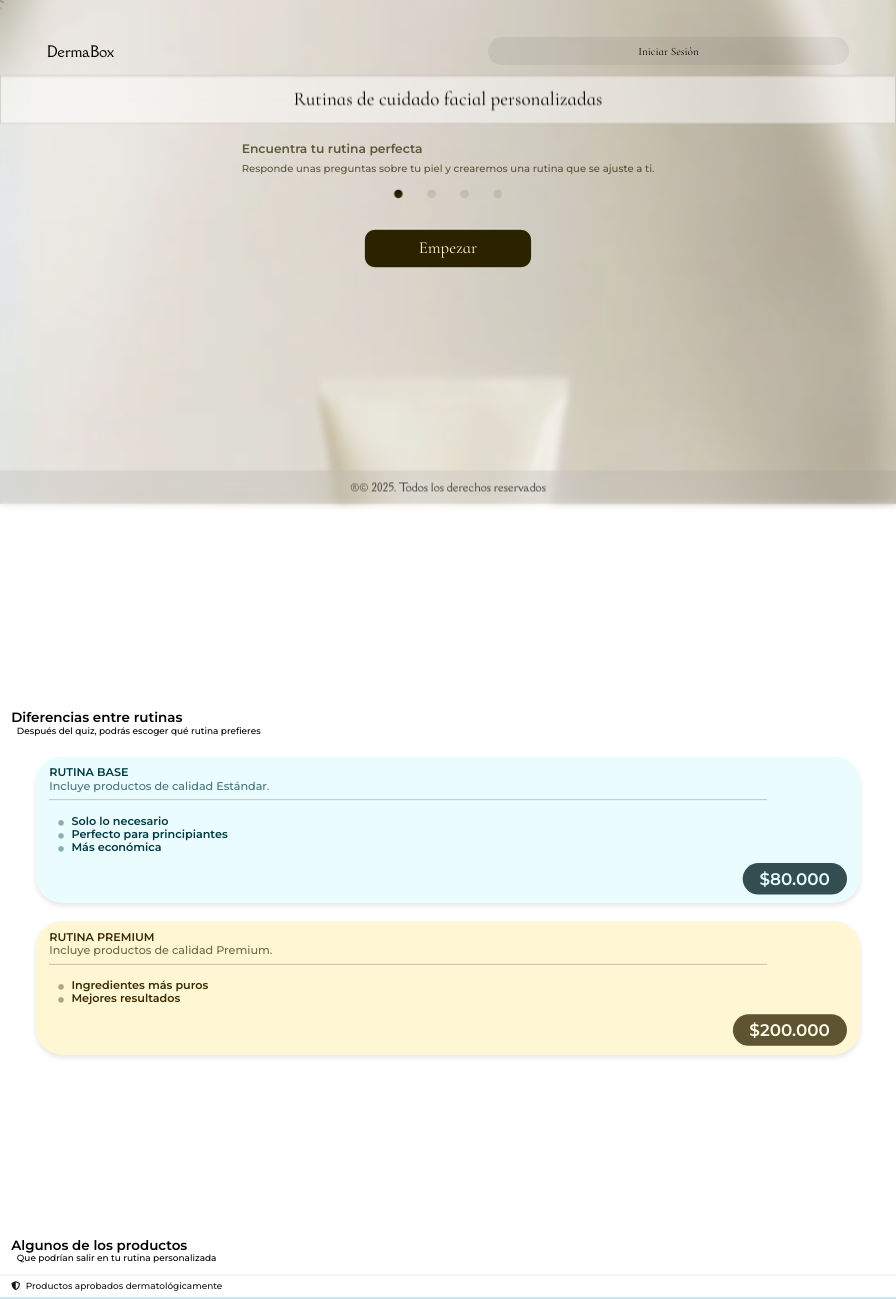
Repository: aCoupon0/DermaBox-2
Page: index.html
The author's editor kept a copy of each file at every save. The page is drawn from the files as they stood at one save, then again after the next save.
The browser window is 1280 px wide. The pictures show the part of the page from y = 0 to 1855 px (the page is 2715 px tall before and 2696 px after), at 70% of full size.
A picture or video elsewhere on the page could not be fetched, so the positions and the page height are approximate.

Above is the page before, as saved 2025-03-25 21:49:43.

### index.html
<html lang="en">

<head>
    <meta charset="UTF-8">
    <meta name="viewport" content="width=device-width, initial-scale=1.0">
    <title>DermaBox | Creador de Rutinas Skincare Personalizadas</title>
    <link rel="stylesheet" href="css/index.css">
    <link rel="stylesheet" href="https://cdnjs.cloudflare.com/ajax/libs/font-awesome/6.4.0/css/all.min.css">
</head>

<body>
    <div class="overlay"></div>
    <header>
        <p class="logo">DermaBox</p>
        <button class="log-in">Iniciar Sesión</button>
    </header>

    <section class="hero">
        <p>Rutinas de cuidado facial personalizadas</p>
    </section>

    <section class="carrusel">
        <div class="carruselContent" id="carruselContent">
            <div class="carruselTitle">
                <p></p>
            </div>
            <div class="carruselDescription">
                <p></p>
            </div>
        </div>
        <div class="carruselSteps">
            <div class="step" id="0"></div>
            <div class="step" id="1"></div>
            <div class="step" id="2"></div>
            <div class="step" id="3"></div>
        </div>
    </section>

    <button class="quizOpener" id="quizOpener">Empezar</button>


    <div class="productCarruselTitle">
        <p>Diferencias entre rutinas</p>
        <p>Después del quiz, podrás escoger qué rutina prefieres</p>
    </div>

    <div class="routineCard base">
        <p class="routineCardTitle">RUTINA BASE</p>
        <p class="routineCardDescription">Incluye productos de calidad Estándar.</p>
        <div class="separador"></div>
        <div class="routineAdvantageContainer">
            <p class="routineAdvantage"><i class="fa-solid fa-circle"></i> Solo lo necesario</p>
            <p class="routineAdvantage"><i class="fa-solid fa-circle"></i> Perfecto para principiantes</p>
            <p class="routineAdvantage"><i class="fa-solid fa-circle"></i> Más económica</p>
        </div>
        <div class="priceZoneContainer">
            <div class="priceZone basePrice">
                $80.000
            </div>
        </div>
    </div>

    <div class="routineCard premium">
        <p class="routineCardTitle">RUTINA PREMIUM</p>
        <p class="routineCardDescription">Incluye productos de calidad Premium.</p>
        <div class="separador"></div>
        <div class="routineAdvantageContainer">
            <p class="routineAdvantage"><i class="fa-solid fa-circle"></i> Ingredientes más puros</p>
            <p class="routineAdvantage"><i class="fa-solid fa-circle"></i> Mejores resultados</p>
        </div>
        <div class="priceZoneContainer">
            <div class="priceZone premiumPrice">
                $200.000
            </div>
        </div>

    </div>







    <div class="productCarruselTitle second">
        <p>Algunos de los productos</p>
        <p>Que podrían salir en tu rutina personalizada</p>
    </div>

    <div class="disclaimer"><i class="fa-solid fa-shield-halved"></i> Productos aprobados dermatológicamente</div>

    <div class="routineTypeBase">EN LAS RUTINAS BASE</div>

    <div class="productCarrusel" id="base">
        <div class="productCard first">
            <div class="productCardImg">
                <img src="assets/products/4.webp" alt="">
            </div>
            <div class="productCardDescription">
                <p>Limpiador Hidratante de CeraVe</p>
                <p>465ml</p>
            </div>
            <div class="productCardLegend">
                <p>Serúm anti-ácne con 2% de ácido salícilico.</p>
            </div>

        </div>


        <div class="productCard">
            <div class="productCardImg">
                <img src="assets/products/3.webp" alt="">
            </div>
            <div class="productCardDescription">
                <p>Sérum de Vitamina C de CeraVe</p>
                <p>65ml</p>
            </div>
            <div class="productCardLegend">
                <p>Serúm anti-ácne con 2% de ácido salícilico.</p>
            </div>
        </div>


        <div class="productCard">
            <div class="productCardImg">
                <img src="assets/products/2.webp" alt="">
            </div>
            <div class="productCardDescription">
                <p>Limpiador SA Smoothing de CeraVe</p>
                <p>465ml</p>
            </div>
            <div class="productCardLegend">
                <p>Serúm anti-ácne con 2% de ácido salícilico.</p>
            </div>
        </div>


        <div class="productCard">
            <div class="productCardImg">
                <img src="assets/products/3.webp" alt="">
            </div>
            <div class="productCardDescription">
                <p>Limpiador Hidratante de CeraVe</p>
                <p>465ml</p>
            </div>
            <div class="productCardLegend">
                <p>Serúm anti-ácne con 2% de ácido salícilico.</p>
            </div>
        </div>


        <div class="productCard last">
            <div class="productCardImg">
                <img src="assets/products/4.webp" alt="">
            </div>
            <div class="productCardDescription">
                <p>Limpiador Hidratante de CeraVe</p>
                <p>465ml</p>
            </div>
            <div class="productCardLegend">
                <p>Serúm anti-ácne con 2% de ácido salícilico.</p>
            </div>
        </div>
    </div>

    <div class="routineTypePremium">EN LAS RUTINAS PREMIUM</div>

    <div class="productCarrusel" id="premium">
        <div class="productCard first">
            <div class="productCardImg">
                <img src="assets/products/0.webp" alt="">
            </div>
            <div class="productCardDescription">
                <p>Limpiador Hidratante de CeraVe</p>
                <p>465ml</p>
            </div>
            <div class="productCardLegend">
                <p>Serúm anti-ácne con 2% de ácido salícilico.</p>
            </div>
        </div>


        <div class="productCard">
            <div class="productCardImg">
                <img src="assets/products/1.webp" alt="">
            </div>
            <div class="productCardDescription">
                <p>Sérum de Vitamina C de CeraVe</p>
                <p>65ml</p>
            </div>
            <div class="productCardLegend">
                <p>Serúm anti-ácne con 2% de ácido salícilico.</p>
            </div>
        </div>


        <div class="productCard">
            <div class="productCardImg">
                <img src="assets/products/2.webp" alt="">
            </div>
            <div class="productCardDescription">
                <p>Limpiador SA Smoothing de CeraVe</p>
                <p>465ml</p>
            </div>
            <div class="productCardLegend">
                <p>Serúm anti-ácne con 2% de ácido salícilico.</p>
            </div>
        </div>


        <div class="productCard">
            <div class="productCardImg">
                <img src="assets/products/3.webp" alt="">
            </div>
            <div class="productCardDescription">
                <p>Limpiador Hidratante de CeraVe</p>
                <p>465ml</p>
            </div>
            <div class="productCardLegend">
                <p>Serúm anti-ácne con 2% de ácido salícilico.</p>
            </div>
        </div>


        <div class="productCard last">
            <div class="productCardImg">
                <img src="assets/products/4.webp" alt="">
            </div>
            <div class="productCardDescription">
                <p>Limpiador Hidratante de CeraVe</p>
                <p>465ml</p>
            </div>
            <div class="productCardLegend">
                <p>Serúm anti-ácne con 2% de ácido salícilico.</p>
            </div>
        </div>
    </div>









    <div class="quizModal" id="quizModal">
        <div class="quizHeader">
            <button class="quizCloser" id="quizCloser">
                <i class="fa-solid fa-chevron-left"></i>
            </button>
            <p>Cuestionario</p>
        </div>

        <div class="quizContent" id="quizContent">

        </div>

        <div class="nextButtonContainer">
            <div class="progressBar">
                <p>Pregunta 1 de 5</p>
            </div>
            <button class="nextButton" id="nextButton">Siguiente</button>
        </div>
    </div>

    <footer>
        <p>®© 2025. Todos los derechos reservados</p>
    </footer>
    <script src="js/data-description.js"></script>
    <script src="js/data.js"></script>
    <script defer src="js/index.js"></script>
</body>

</html>

Loaded but not shown: js/index.js (680 lines, source omitted); js/data-description.js (57 lines, source omitted); js/data.js (84 lines, source omitted); css/index.css (921 lines, source omitted)

After the next save:
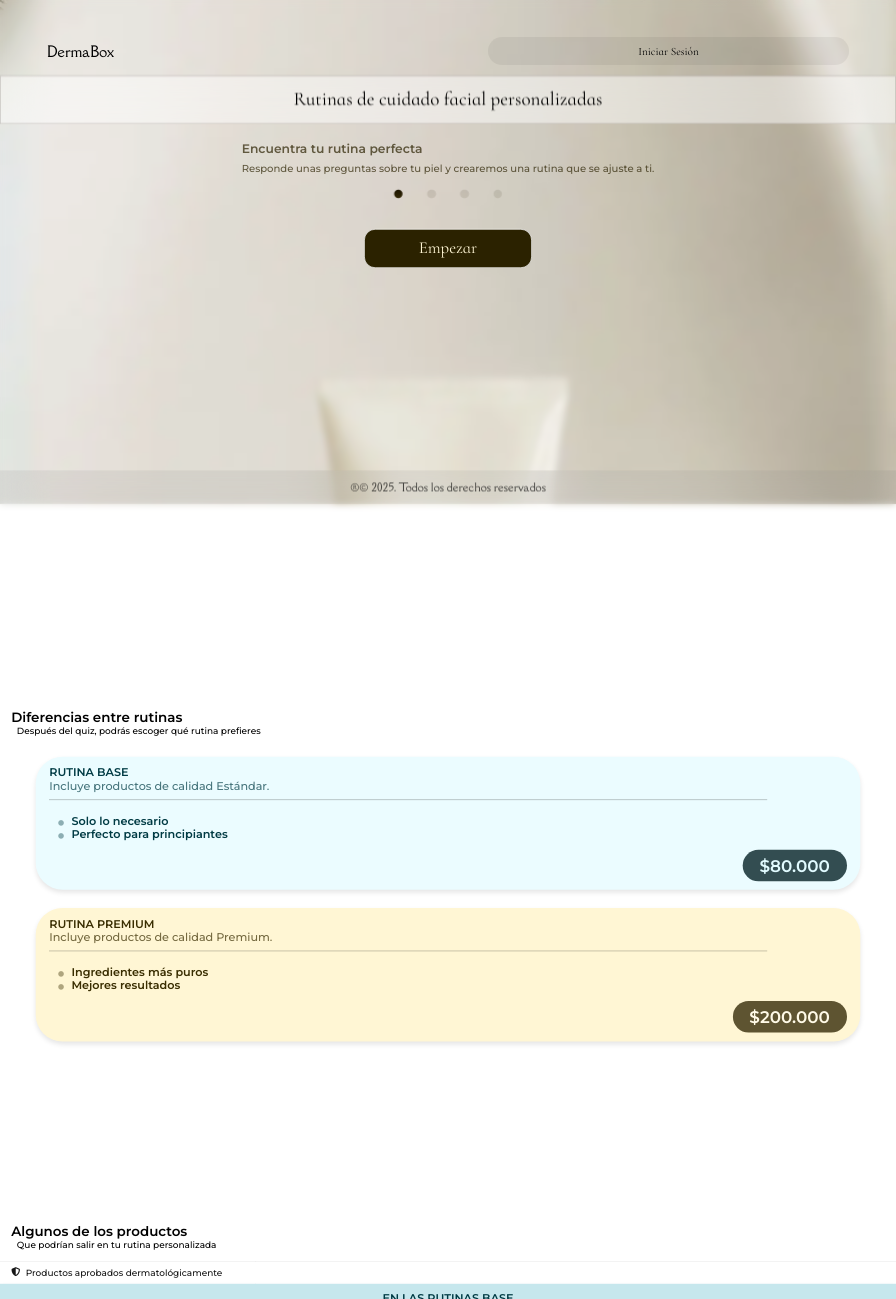
Saved 38 s later.
--- a/index.html
+++ b/index.html
@@ -51,7 +51,6 @@
         <div class="routineAdvantageContainer">
             <p class="routineAdvantage"><i class="fa-solid fa-circle"></i> Solo lo necesario</p>
             <p class="routineAdvantage"><i class="fa-solid fa-circle"></i> Perfecto para principiantes</p>
-            <p class="routineAdvantage"><i class="fa-solid fa-circle"></i> Más económica</p>
         </div>
         <div class="priceZoneContainer">
             <div class="priceZone basePrice">
